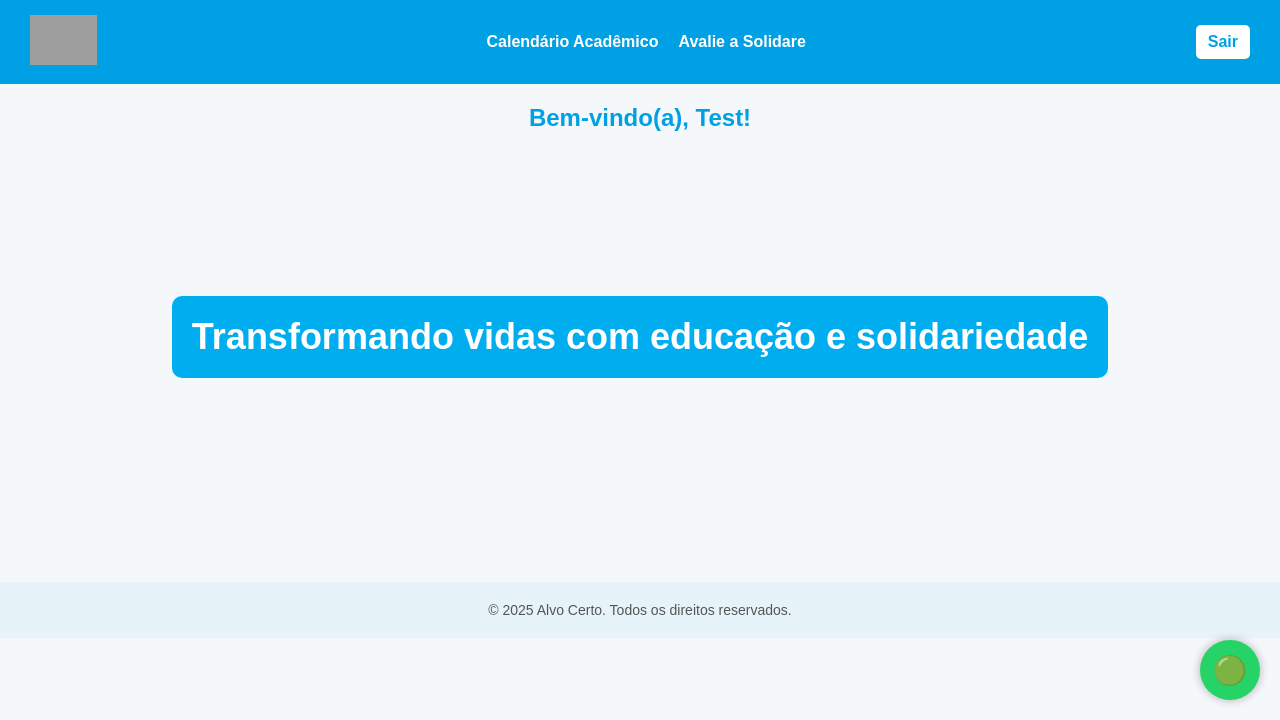
Repository: Guilherme-burle/Portal-do-Aluno-P2
Page: http://localhost/
These files come from the project's save history. The page is drawn as it stood at one moment and after the next save; the edit follows.
The browser window is 1280 px wide. The pictures show the whole page.
Pictures or frames that could not be fetched are drawn as grey boxes. The page is served by the project's application, run on Django 5.2 (PortaldoAluno/manage.py). A made-up administrator, testuser (Test User, test@example.com), is signed in. Other server files are loaded and not shown.

Above is the page before, as saved 2025-05-16 16:59:24.

### PortaldoAluno/Aplicativo/templates/home.html
<!DOCTYPE html>
<html lang="pt-BR">
<head>
  <meta charset="UTF-8">
  <title>Home - Alvo Certo</title>
  <style>
    * {
      box-sizing: border-box;
    }

    body {
      margin: 0;
      font-family: Arial, sans-serif;
      background-color: #f5f8fa;
    }

    header {
      background-color: #00a0e4;
      padding: 15px 30px;
      display: flex;
      align-items: center;
      justify-content: space-between;
      position: sticky;
      top: 0;
      z-index: 1000;
      flex-wrap: wrap;
    }

    .logo img {
      height: 50px;
    }

    nav ul {
      list-style: none;
      margin: 0;
      padding: 0;
      display: flex;
      gap: 20px;
    }

    nav ul li a {
      color: white;
      text-decoration: none;
      font-weight: bold;
      transition: color 0.3s ease;
    }

    nav ul li a:hover {
      color: #ccefff;
    }

    .auth-buttons {
      display: flex;
      gap: 10px;
    }

    .auth-buttons a {
      background-color: white;
      color: #00a0e4;
      padding: 8px 12px;
      border-radius: 5px;
      text-decoration: none;
      font-weight: bold;
    }

    .auth-buttons a:hover {
      background-color: #e6f4fa;
    }

    .banner {
      background-size: cover;
      background-position: center;
      height: 370px;
      display: flex;
      align-items: center;
      justify-content: center;
      color: white;
      text-align: center;
      animation: zoomIn 20s infinite alternate ease-in-out;
    }

    @keyframes zoomIn {
      from {
        background-size: 100%;
      }
      to {
        background-size: 110%;
      }
    }

    .banner h1 {
      background-color: rgb(0, 174, 239);
      padding: 20px;
      border-radius: 10px;
      font-size: 36px;
    }

    .whatsapp-float {
      position: fixed;
      bottom: 20px;
      right: 20px;
      background-color: #25d366;
      color: white;
      border-radius: 50%;
      width: 60px;
      height: 60px;
      display: flex;
      align-items: center;
      justify-content: center;
      font-size: 28px;
      box-shadow: 0 0 10px rgba(0,0,0,0.3);
      z-index: 999;
      text-decoration: none;
    }

    footer {
      background-color: #e6f4fa;
      text-align: center;
      padding: 20px;
      margin-top: 60px;
      font-size: 14px;
      color: #555;
    }

    @media (max-width: 768px) {
      nav ul {
        flex-wrap: wrap;
        gap: 10px;
        margin-top: 10px;
      }

      .auth-buttons {
        margin-top: 10px;
      }

      .banner h1 {
        font-size: 24px;
        padding: 10px;
      }
    }
  </style>
</head>
<body>

  <header>
    <div class="logo">
      <img src="https://i.imgur.com/7H8lMIL.png" alt="Logo Alvo Certo">
    </div>

    <nav>
      <ul>
        {% if user.is_authenticated %}
        <li><a href="{% url 'calendario' %}">Calendário Acadêmico</a></li>
        <li><a href="{% url 'avaliacao' %}">Avalie a Solidare</a></li>
        {% endif %}
      </ul>
    </nav>

    <div class="auth-buttons">
      {% if user.is_authenticated %}
        <a href="{% url 'logout' %}">Sair</a>
      {% else %}
        <a href="{% url 'login' %}">Login</a>
        <a href="{% url 'cadastro' %}">Cadastro</a>
      {% endif %}
    </div>
  </header>

  {% if user.is_authenticated %}
  <h2 style="text-align: center; color: #00a0e4; margin-top: 20px;">
    Bem-vindo(a), {{ user.first_name|default:"usuário" }}!
  </h2>
  {% endif %}

  <section class="banner">
    <h1>Transformando vidas com educação e solidariedade</h1>
  </section>

  <a class="whatsapp-float" href="https://wa.me/5581932514480" target="_blank" title="Fale conosco no WhatsApp">
    🟢
  </a>

  <footer>
    © 2025 Alvo Certo. Todos os direitos reservados.
  </footer>

</body>
</html>

### PortaldoAluno/Aplicativo/decorators.py
from django.shortcuts import redirect

def login_required(view_func):
    def wrapper(request, *args, **kwargs):
        if not request.user.is_authenticated:
            return redirect('login')
        return view_func(request, *args, **kwargs)
    return wrapper

### PortaldoAluno/Aplicativo/views.py
from django.contrib.auth import logout
from django.contrib.auth.models import User
from django.shortcuts import render, redirect, get_object_or_404
from django.contrib.auth import authenticate, login as auth_login
from .models import Aluno, Avaliacao, EventoCalendario
from django.contrib import messages
from django.urls import reverse
from .decorators import login_required
from django.contrib.auth.hashers import make_password
from datetime import datetime
from datetime import date

@login_required
def home(request):
    return render(request, 'home.html')

@login_required
def home_adm(request):
    alunos = Aluno.objects.all()
    return render(request, 'homeadm.html', {'alunos': alunos})

def cadastro(request):
    if request.method == 'POST':
        nome = request.POST.get('nome')
        email = request.POST.get('email')
        senha = request.POST.get('senha')
        is_admin = request.POST.get('is_admin') == 'on'

        print(f"Nome: {nome}")
        print(f"E-mail: {email}")
        print(f"Senha: {senha}")
        print(f"Administrador: {is_admin}")

        if User.objects.filter(email=email).exists():
            return render(request, 'cadastro.html', {'mensagem': 'E-mail já está em uso.'})

        try:
            user = User.objects.create_user(
                username=email,
                email=email,
                password=senha,
                first_name=nome,
                is_superuser=is_admin,
                is_staff=is_admin
            )
            user.save()

            print(f"Usuário {user.username} cadastrado com sucesso!")

            return redirect('login')

        except Exception as e:
            print(f"Erro ao criar o usuário: {e}")
            return render(request, 'cadastro.html', {
                'mensagem': 'Erro ao cadastrar o usuário. Tente novamente.',
                'tipo_mensagem': 'error'
            })

    return render(request, 'cadastro.html')

def login(request):
    if request.method == 'POST':
        username = request.POST.get('username')
        password = request.POST.get('password')

        print(f"Username: {username}, Password: {password}")
        user = authenticate(request, username=username, password=password)

        if user:
            print("Usuário autenticado!")
            auth_login(request, user)
            return redirect('homeadm') if user.is_staff else redirect('home')
        else:
            print("Dados inválidos")
            return render(request, 'login.html', {'erro': 'Dados inválidos'})

    return render(request, 'login.html')

@login_required
def logout_view(request):
    logout(request)
    return redirect('home')

@login_required
def add_aluno(request):
    if request.method == 'POST':
        nome = request.POST.get('nome')
        data_nascimento = request.POST.get('data_nascimento')
        escolaridade = request.POST.get('escolaridade')
        turno = request.POST.get('turno')
        escola = request.POST.get('escola')
        endereco = request.POST.get('endereco')
        bairro = request.POST.get('bairro')
        telefone = request.POST.get('telefone')
        curso = request.POST.get('curso')

        if not all([nome, data_nascimento, escolaridade, turno, escola, endereco, bairro, telefone, curso]):
            return render(request, 'add.html', {'erro': 'Todos os campos são obrigatórios'})

        aluno = Aluno.objects.create(
            nome=nome,
            data_nascimento=data_nascimento,
            escolaridade=escolaridade,
            turno=turno,
            escola=escola,
            endereco=endereco,
            bairro=bairro,
            telefone=telefone,
            curso=curso,
        )

        aluno.save()

        messages.success(request, 'Aluno cadastrado com sucesso!')
        return render(request, 'add.html')

    return render(request, 'add.html')

@login_required
def ver(request):
    alunos = Aluno.objects.all()

    return render(request, 'ver.html', {'alunos': alunos})

@login_required
def deletar_alunos(request, aluno_id):
    aluno = get_object_or_404(Aluno, id=aluno_id)
    aluno.delete()
    return redirect(request.META.get('HTTP_REFERER', 'ver'))

@login_required
def editar_alunos(request, aluno_id):
    aluno = get_object_or_404(Aluno, id=aluno_id)

    if request.method == 'POST':
        nome = request.POST.get('nome')
        data_nascimento = request.POST.get('data_nascimento')
        escolaridade = request.POST.get('escolaridade')
        turno = request.POST.get('turno')
        escola = request.POST.get('escola')
        endereco = request.POST.get('endereco')
        bairro = request.POST.get('bairro')
        telefone = request.POST.get('telefone')
        curso = request.POST.get('curso')

        alterado = (
            nome != aluno.nome or
            data_nascimento != str(aluno.data_nascimento) or
            escolaridade != aluno.escolaridade or
            turno != aluno.turno or
            escola != aluno.escola or
            endereco != aluno.endereco or
            bairro != aluno.bairro or
            telefone != aluno.telefone or
            curso != aluno.curso
        )

        if alterado:
            aluno.nome = nome
            aluno.data_nascimento = data_nascimento
            aluno.escolaridade = escolaridade
            aluno.turno = turno
            aluno.escola = escola
            aluno.endereco = endereco
            aluno.bairro = bairro
            aluno.telefone = telefone
            aluno.curso = curso
            aluno.save()
            messages.success(request, 'Informações atualizadas com sucesso!')
        else:
            messages.error(request, 'Você precisa alterar alguma informação.')

    return render(request, 'editar.html', {'aluno': aluno})

@login_required
def avaliar_solidare(request):
    if request.method == 'POST':
        pergunta_1 = request.POST.get('pergunta_1')
        pergunta_2 = request.POST.get('pergunta_2')
        pergunta_3 = request.POST.get('pergunta_3')
        sugestao = request.POST.get('sugestao', '')

        if not all([pergunta_1, pergunta_2, pergunta_3]):
            messages.error(request, 'Responda todos os campos.')
            return render(request, 'avaliacao.html')

        Avaliacao.objects.create(
            pergunta_1=pergunta_1,
            pergunta_2=pergunta_2,
            pergunta_3=pergunta_3,
            sugestao=sugestao
        )
        messages.success(request, 'Avaliação enviada com sucesso!')

    return render(request, 'avaliacao.html')

@login_required
def calendario(request):
    hoje = date.today()
    eventos = EventoCalendario.objects.filter(user=request.user).order_by('data')
    meses = ["Janeiro", "Fevereiro", "Março", "Abril", "Maio", "Junho", "Julho", "Agosto", "Setembro", "Outubro", "Novembro", "Dezembro"]
    dias_semana = ["Dom", "Seg", "Ter", "Qua", "Qui", "Sex", "Sab"]
    contexto = {
        'meses': meses,
        'dias_semana': dias_semana,
        'eventos': eventos,
        'ano_atual': hoje.year,
        'mes_atual': hoje.month - 1
    }
    return render(request, 'calendario.html', contexto)

@login_required
def add_eventos(request):
    data = request.GET.get('data')

    if request.method == 'POST':
        nome = request.POST.get('nome')
        descricao = request.POST.get('descricao')


        if nome and data:
            EventoCalendario.objects.create(nome=nome, data=data, descricao=descricao, user=request.user)
            from django.contrib import messages
            messages.success(request, "Evento adicionado com sucesso!")
            return redirect('calendario')
        else:
            return render(request, 'add_eventos.html', {'erro': 'Dados incompletos.', 'data': data})

    if not data:
        return render(request, 'erro.html', {'mensagem': 'Data não informada.'})

    return render(request, 'add_eventos.html', {'data': data})

### PortaldoAluno/projeto/urls.py
"""
URL configuration for portal project.

The `urlpatterns` list routes URLs to views. For more information please see:
    https://docs.djangoproject.com/en/5.2/topics/http/urls/
Examples:
Function views
    1. Add an import:  from my_app import views
    2. Add a URL to urlpatterns:  path('', views.home, name='home')
Class-based views
    1. Add an import:  from other_app.views import Home
    2. Add a URL to urlpatterns:  path('', Home.as_view(), name='home')
Including another URLconf
    1. Import the include() function: from django.urls import include, path
    2. Add a URL to urlpatterns:  path('blog/', include('blog.urls'))
"""
from django.contrib import admin
from django.urls import path, include

urlpatterns = [
    path('admin/', admin.site.urls),
    path('', include('Aplicativo.urls')),
]

### PortaldoAluno/Aplicativo/urls.py
from django.urls import path
from . import views

urlpatterns = [
    path('', views.home, name='home'),
    path('login/', views.login, name='login'),
    path('logout/', views.logout_view, name='logout'),
    path('cadastro/', views.cadastro, name='cadastro'),
    path('add/', views.add_aluno, name='add'),
    path('homeadm/', views.home_adm, name='homeadm'),
    path('ver/', views.ver, name='ver'),
    path('ver/<int:aluno_id>/deletar', views.deletar_alunos, name='deletar'),
    path('ver/<int:aluno_id>/editar', views.editar_alunos, name='editar'),
    path('avaliacao/', views.avaliar_solidare, name='avaliacao'),
    path('calendario/', views.calendario, name='calendario'),
    path('add_eventos/', views.add_eventos, name='add_eventos'),
]

After the next save:
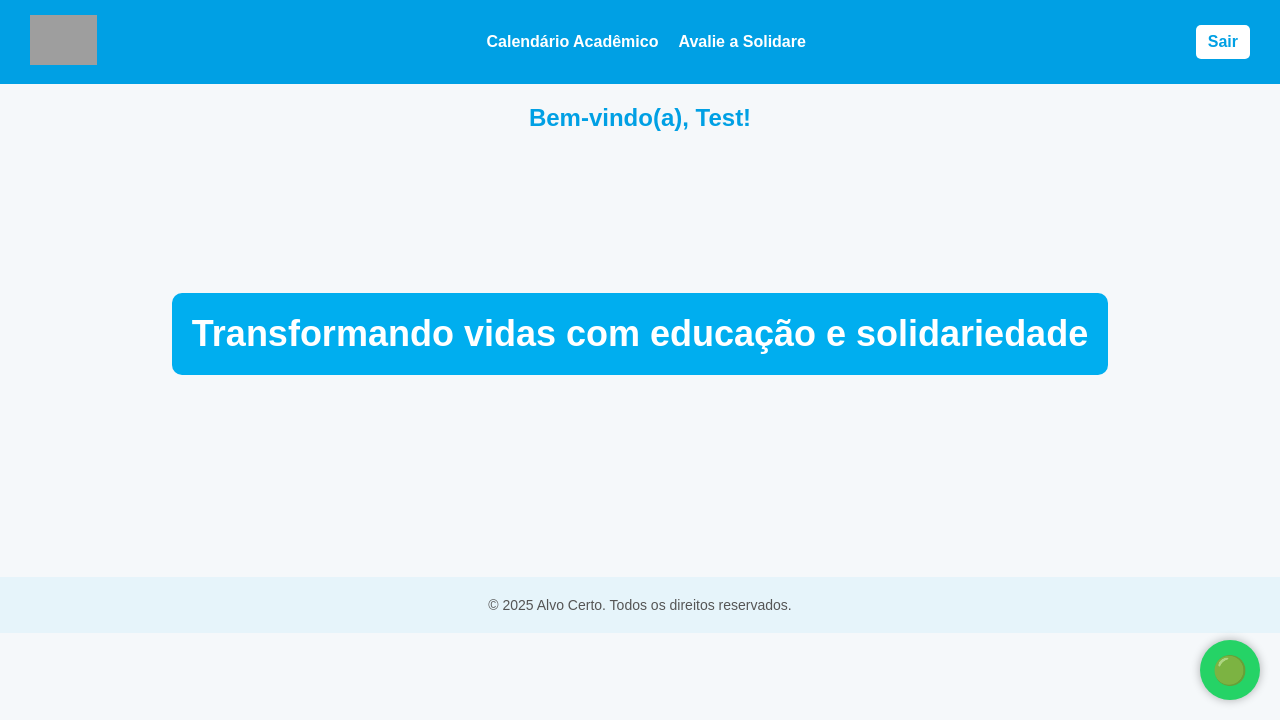
Saved 12 s later.
--- a/PortaldoAluno/Aplicativo/templates/home.html
+++ b/PortaldoAluno/Aplicativo/templates/home.html
@@ -70,7 +70,7 @@
     .banner {
       background-size: cover;
       background-position: center;
-      height: 370px;
+      height: 365px;
       display: flex;
       align-items: center;
       justify-content: center;
